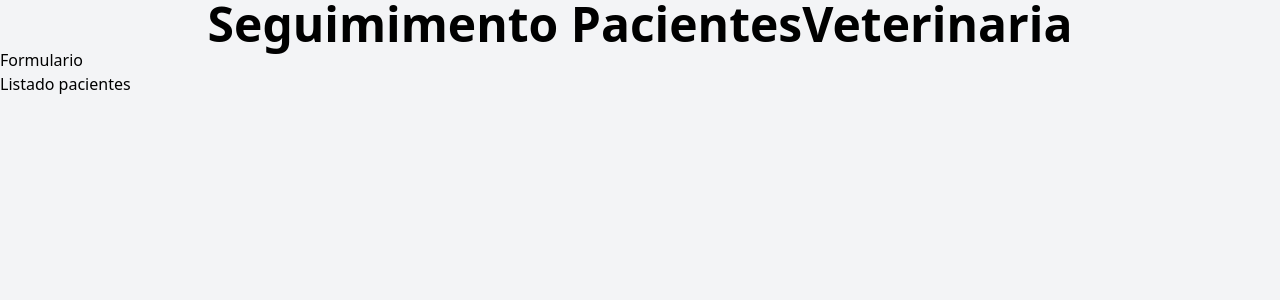
Repository: rlaureano/citas_react
Page: /
These files come from the project's save history. The page is drawn as it stood at one moment and after the next save; the edit follows.
The browser window is 1280 px wide. The pictures show the whole page.
The project was rebuilt for these pictures with package versions that can differ from the ones it lists, and the page was loaded fresh each time. Also part of the build but not shown: vite.config.js.

Above is the page before, as saved 2022-01-11 21:34:04.

After the next save:
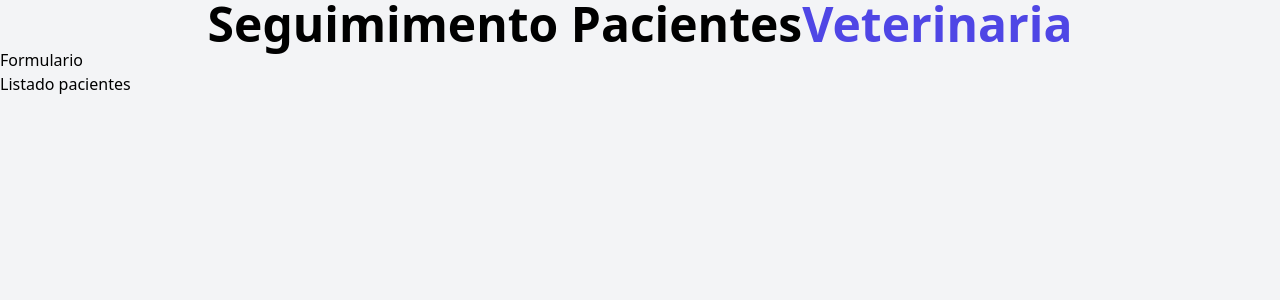
Saved 26 s later.
--- a/src/components/Header.jsx
+++ b/src/components/Header.jsx
@@ -2,7 +2,7 @@ function Header() {
   return (
 
       <h1 className="font-black text-5xl text-center">Seguimimento Pacientes
-        <span>Veterinaria</span>
+        <span className="text-indigo-600">Veterinaria</span>
       </h1>
 
   )
